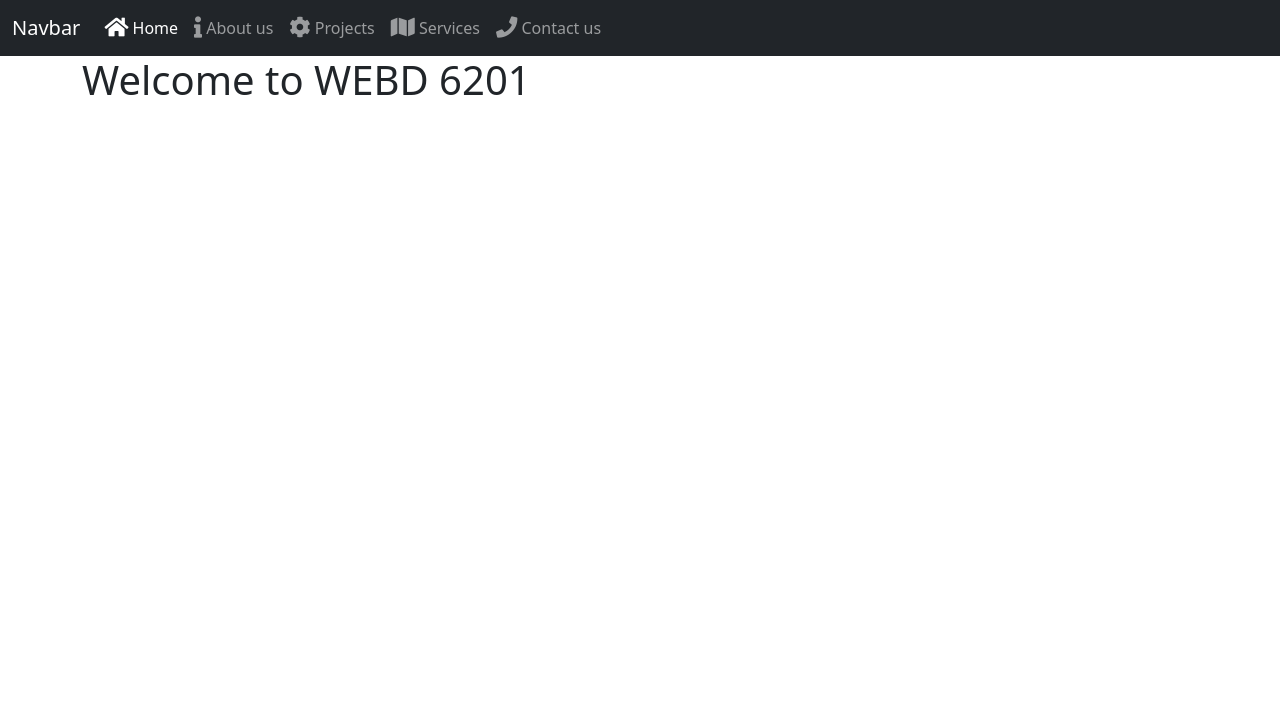
Repository: Hasib001/WEBD6201---W2021---ICE-1
Page: index.html
An editor plug-in stored every save of this project. The page is shown before and after the next save, followed by the edit.
The browser window is 1280 px wide. The pictures show the whole page.

Above is the page before, as saved 2021-01-22 21:55:24.

After the next save:
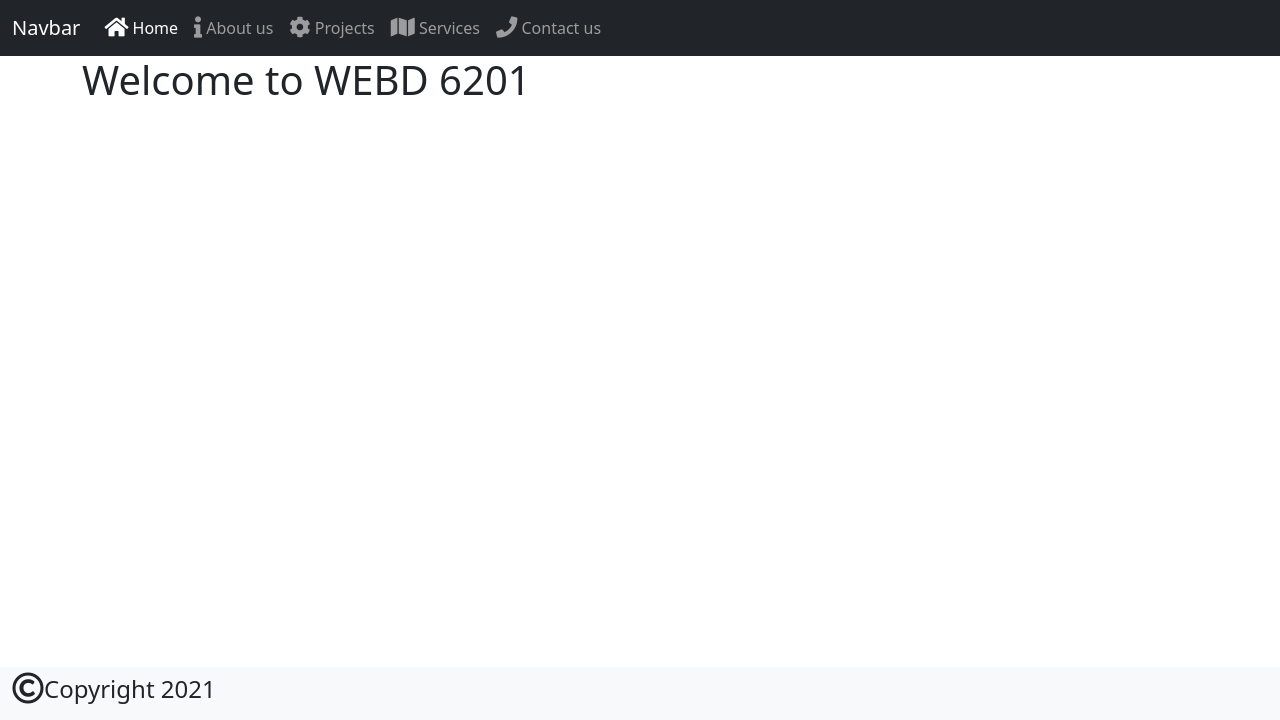
Saved 3 min 2 s later.
--- a/index.html
+++ b/index.html
@@ -55,6 +55,11 @@
     </div>
 
     <footer>
+        <nav class="navbar fixed-bottom navbar-light bg-light">
+            <div class="container-fluid">
+              <h4><i class="far fa-copyright fa-lg"></i>Copyright 2021</h4>
+            </div>
+          </nav>
 
     </footer>
 
